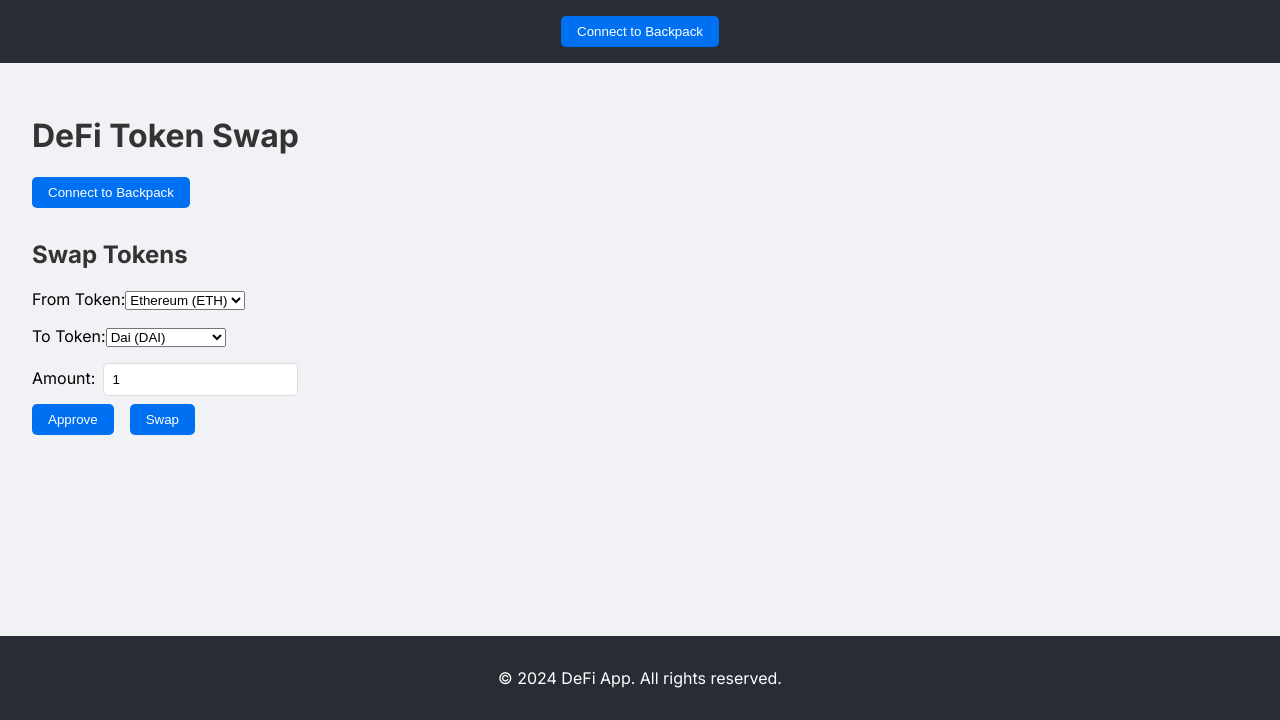
Repository: AllMightLegend/defi-token-swapping-app
Page: /
The author's editor kept a copy of each file at every save. The page is drawn from the files as they stood at one save, then again after the next save.
The browser window is 1280 px wide. The pictures show the whole page.
The project was rebuilt for these pictures with package versions that can differ from the ones it lists, and the page was loaded fresh each time. Some packages were replaced by stand-ins written for this rebuild. The framework's server and built-in components were replaced by stand-ins that run in the browser. Also part of the build but not shown: next.config.mjs.

Above is the page before, as saved 2024-08-27 19:46:08.

### app/page.tsx
"use client"; // This ensures the component is treated as a client component
import React, { useState, useEffect } from 'react';
import { ethers } from 'ethers';
import WalletConnector from '../components/WalletConnector';
import { approveToken } from '../utils/approval';
import { executeSwap } from '../utils/swap';
import Layout from '../components/Layout';

const IndexPage: React.FC = () => {
  const [provider, setProvider] = useState<ethers.providers.Web3Provider | null>(null);
  const [walletAddress, setWalletAddress] = useState<string | null>(null);
  const [fromToken, setFromToken] = useState<string>('ETH');
  const [toToken, setToToken] = useState<string>('DAI');
  const [amount, setAmount] = useState<string>('1');
  const [swapResult, setSwapResult] = useState<string | null>(null);

  const handleSwap = async () => {
    if (!provider) {
      alert('Please connect your wallet first!');
      return;
    }

    try {
      const swapTx = await executeSwap(fromToken, toToken, amount, provider);
      setSwapResult(`Swap successful: ${swapTx.hash}`);
    } catch (error) {
      console.error('Swap failed:', error);
      setSwapResult('Swap failed.');
    }
  };

  const handleApprove = async () => {
    if (!provider) {
      alert('Please connect your wallet first!');
      return;
    }

    const spenderAddress = '0xYourSpenderAddress'; // Replace with actual spender address

    try {
      const approvalTx = await approveToken(fromToken, spenderAddress, amount, provider);
      alert(`Approval successful: ${approvalTx.hash}`);
    } catch (error) {
      console.error('Approval failed:', error);
      alert('Approval failed.');
    }
  };

  return (
    <Layout>
      <div style={{ padding: '2rem' }}>
        <h1>DeFi Token Swap</h1>
        <WalletConnector setWalletAddress={setWalletAddress} setProvider={setProvider} />

        <div style={{ marginTop: '2rem' }}>
          <h2>Swap Tokens</h2>
          <label>
            From Token:
            <select value={fromToken} onChange={(e) => setFromToken(e.target.value)}>
              <option value="ETH">Ethereum (ETH)</option>
              <option value="SOL">Solana (SOL)</option>
              <option value="BTC">Bitcoin (BTC)</option>
              <option value="DAI">Dai (DAI)</option>
            </select>
          </label>
          <label>
            To Token:
            <select value={toToken} onChange={(e) => setToToken(e.target.value)}>
              <option value="ETH">Ethereum (ETH)</option>
              <option value="SOL">Solana (SOL)</option>
              <option value="BTC">Bitcoin (BTC)</option>
              <option value="DAI">Dai (DAI)</option>
            </select>
          </label>
          <label>
            Amount:
            <input
              type="number"
              value={amount}
              onChange={(e) => setAmount(e.target.value)}
              style={{ marginLeft: '0.5rem' }}
            />
          </label>
          <div>
            <button onClick={handleApprove} style={{ marginRight: '1rem' }}>
              Approve
            </button>
            <button onClick={handleSwap}>Swap</button>
          </div>

          {swapResult && <p>{swapResult}</p>}
        </div>
      </div>
    </Layout>
  );
};

export default IndexPage;

### app/globals.css
/* styles/globals.css */

html,
body {
  padding: 0;
  margin: 0;
  font-family: -apple-system, BlinkMacSystemFont, 'Segoe UI', Roboto, Oxygen, Ubuntu, Cantarell, 'Open Sans', 'Helvetica Neue', sans-serif;
  background-color: #f0f2f5;
}

* {
  box-sizing: border-box;
}

h1, h2 {
  color: #333;
}

button {
  background-color: #0070f3;
  color: white;
  border: none;
  padding: 0.5rem 1rem;
  border-radius: 5px;
  cursor: pointer;
}

button:hover {
  background-color: #005bb5;
}

input {
  padding: 0.5rem;
  border: 1px solid #ddd;
  border-radius: 5px;
}

label {
  display: block;
  margin: 1rem 0 0.5rem;
}

### components/WalletConnector.tsx
import React, { useState, useEffect } from 'react';
import { Connection, PublicKey, clusterApiUrl } from '@solana/web3.js';

const WalletConnector: React.FC = () => {
  const [walletAddress, setWalletAddress] = useState<string | null>(null);

  const connectWallet = async () => {
    try {
      const { backpack } = window as any;
      if (backpack && backpack.solana) {
        // Accessing the Backpack Solana interface
        const response = await backpack.solana.connect();
        setWalletAddress(response.publicKey.toString());
        console.log('Connected to wallet:', response.publicKey.toString());

        // Optionally, establish a connection to the Solana network
        const connection = new Connection(clusterApiUrl('mainnet-beta'));
        console.log('Connected to Solana network');
      } else {
        alert('Please install the Backpack wallet extension to use this app.');
      }
    } catch (error) {
      console.error('Error connecting to Backpack wallet:', error);
    }
  };

  useEffect(() => {
    const { backpack } = window as any;
    if (backpack && backpack.solana) {
      backpack.solana.on('accountChanged', (publicKey: PublicKey) => {
        setWalletAddress(publicKey ? publicKey.toString() : null);
      });
    }
  }, []);

  return (
    <div>
      <button onClick={connectWallet}>
        {walletAddress ? `Connected: ${walletAddress}` : 'Connect to Backpack'}
      </button>
    </div>
  );
};

export default WalletConnector;

### utils/approval.ts
import { ethers } from 'ethers';

export const approveToken = async (
  tokenAddress: string,
  spenderAddress: string,
  amount: string,
  provider: ethers.providers.Web3Provider
) => {
  const ERC20_ABI = [
    'function approve(address spender, uint256 amount) public returns (bool)',
  ];

  const signer = provider.getSigner();
  const tokenContract = new ethers.Contract(tokenAddress, ERC20_ABI, signer);

  try {
    const tx = await tokenContract.approve(spenderAddress, ethers.utils.parseUnits(amount, 18));
    await tx.wait();
    return tx;
  } catch (error) {
    console.error('Token approval failed:', error);
    throw new Error('Token approval failed');
  }
};

### utils/swap.ts
import { ethers } from 'ethers';
import axios from 'axios';

const SWAP_API_URL = 'https://api.0x.org/swap/v1/quote';

export const executeSwap = async (fromToken: string, toToken: string, amount: string, provider: ethers.providers.Web3Provider) => {
  const walletAddress = await provider.getSigner().getAddress();

  try {
    const response = await axios.get(SWAP_API_URL, {
      params: {
        buyToken: toToken,
        sellToken: fromToken,
        sellAmount: ethers.utils.parseUnits(amount, 18).toString(),
        takerAddress: walletAddress,
      },
    });

    const { to, data, value } = response.data;

    const tx = {
      to,
      data,
      value: ethers.BigNumber.from(value).toHexString(),
      from: walletAddress,
    };

    const transactionResponse = await provider.getSigner().sendTransaction(tx);
    await transactionResponse.wait();

    return transactionResponse;
  } catch (error) {
    console.error('Swap failed:', error);
    throw new Error('Swap failed');
  }
};

### components/Layout.tsx
import React from 'react';
import Head from 'next/head';
import WalletConnector from './WalletConnector';

const Layout: React.FC = ({ children }) => {
  return (
    <div>
      <Head>
        <title>DeFi App</title>
        <meta name="description" content="A decentralized finance application" />
        <link rel="icon" href="/favicon.ico" />
      </Head>
      <header>
        <WalletConnector />
      </header>
      <main>
        {children}
      </main>
      <footer>
        <p>&copy; {new Date().getFullYear()} DeFi App. All rights reserved.</p>
      </footer>
      <style jsx>{`
        header {
          background-color: #282c34;
          padding: 1rem;
          color: white;
          text-align: center;
        }
        footer {
          background-color: #282c34;
          padding: 1rem;
          color: white;
          text-align: center;
          position: fixed;
          width: 100%;
          bottom: 0;
        }
      `}</style>
    </div>
  );
};

export default Layout;

Loaded but not shown: app/layout.tsx (common file)

After the next save:
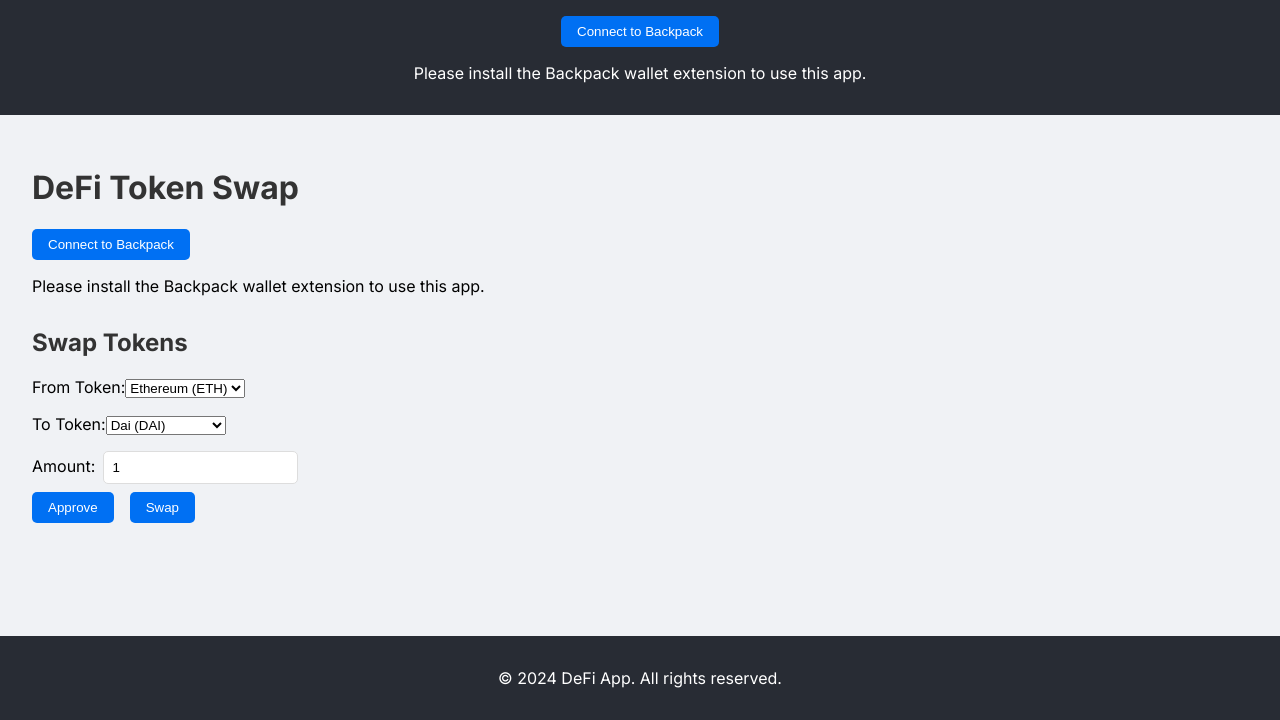
Saved 105 s later.
--- a/components/WalletConnector.tsx
+++ b/components/WalletConnector.tsx
@@ -3,13 +3,24 @@
 
 const WalletConnector: React.FC = () => {
   const [walletAddress, setWalletAddress] = useState<string | null>(null);
+  const [isBackpackInstalled, setIsBackpackInstalled] = useState<boolean>(false);
+
+  const checkBackpackWallet = () => {
+    const { backpack } = window as any;
+    if (backpack && backpack.solana) {
+      setIsBackpackInstalled(true);
+      return backpack.solana;
+    } else {
+      setIsBackpackInstalled(false);
+      return null;
+    }
+  };
 
   const connectWallet = async () => {
     try {
-      const { backpack } = window as any;
-      if (backpack && backpack.solana) {
-        // Accessing the Backpack Solana interface
-        const response = await backpack.solana.connect();
+      const solanaWallet = checkBackpackWallet();
+      if (solanaWallet) {
+        const response = await solanaWallet.connect();
         setWalletAddress(response.publicKey.toString());
         console.log('Connected to wallet:', response.publicKey.toString());
 
@@ -17,7 +28,7 @@
         const connection = new Connection(clusterApiUrl('mainnet-beta'));
         console.log('Connected to Solana network');
       } else {
-        alert('Please install the Backpack wallet extension to use this app.');
+        alert('Backpack wallet is not installed or could not be detected.');
       }
     } catch (error) {
       console.error('Error connecting to Backpack wallet:', error);
@@ -25,6 +36,7 @@
   };
 
   useEffect(() => {
+    checkBackpackWallet();
     const { backpack } = window as any;
     if (backpack && backpack.solana) {
       backpack.solana.on('accountChanged', (publicKey: PublicKey) => {
@@ -38,6 +50,7 @@
       <button onClick={connectWallet}>
         {walletAddress ? `Connected: ${walletAddress}` : 'Connect to Backpack'}
       </button>
+      {!isBackpackInstalled && <p>Please install the Backpack wallet extension to use this app.</p>}
     </div>
   );
 };
